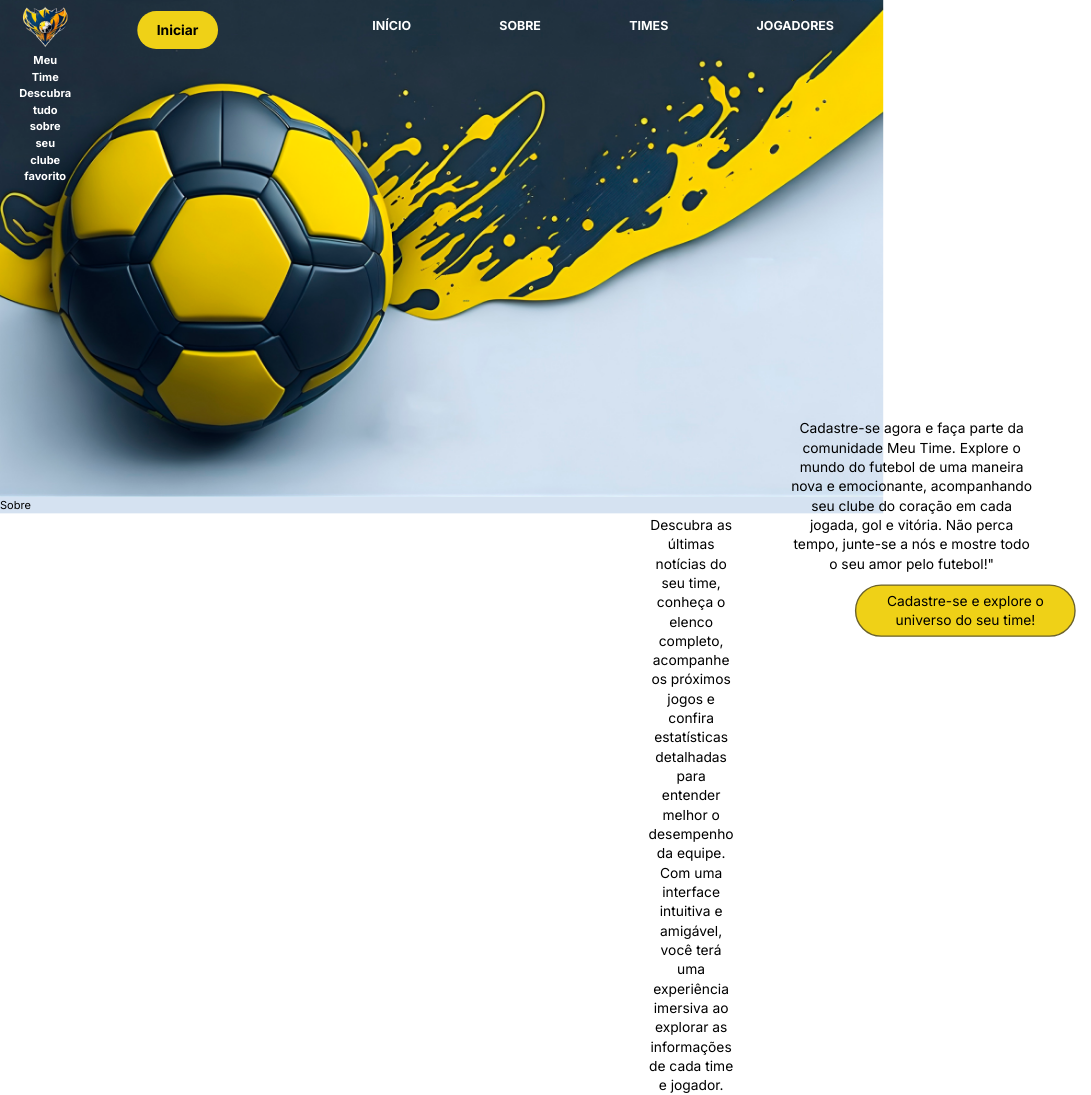
Repository: LuizAGDomingues/MeuTimeApp
Page: /
The author's editor kept a copy of each file at every save. The page is drawn from the files as they stood at one save, then again after the next save.
The browser window is 1280 px wide. The page is 1559 px wide, then 1581 px, so the pictures cover 1581 px, including what lies to the right of the window. The pictures show the whole page, at 69% of full size.
The project was rebuilt for these pictures with package versions that can differ from the ones it lists, and the page was loaded fresh each time. The framework's server and built-in components were replaced by stand-ins that run in the browser. Also part of the build but not shown: next.config.js.

Above is the page before, as saved 2023-05-22 14:05:11.

### src/app/layout.tsx
import './globals.css'
import { Inter } from 'next/font/google'

const inter = Inter({ subsets: ['latin'] })

export const metadata = {
  title: 'Trade test - Football API',
  description: 'Test para vaga front-end da Trade Technology',
}

export default function RootLayout({
  children,
}: {
  children: React.ReactNode
}) {
  return (
    <html lang="pt-br">
      <body className={inter.className}>{children}</body>
    </html>
  )
}

### src/app/page.tsx
import Header from "@/components/Header";
import LoginDialog from "@/components/LoginDialog";

export default function Home() {
  return (
    <>
      <main className="w-full h-screen">
        <Header />
        <div className="flex">
          <p className="text-xl text-center w-[410px] ml-[940px] mt-[480px]">Descubra as últimas notícias do seu time, conheça o elenco completo, acompanhe os próximos jogos e confira estatísticas detalhadas para entender melhor o desempenho da equipe. Com uma interface intuitiva e amigável, você terá uma experiência imersiva ao explorar as informações de cada time e jogador.</p>
          <div className="flex flex-col w-[356px] ml-20 mt-[340px]">
            <p className="text-xl text-center ">Cadastre-se agora e faça parte da comunidade Meu Time. Explore o mundo do futebol de uma maneira nova e emocionante, acompanhando seu clube do coração em cada jogada, gol e vitória. Não perca tempo, junte-se a nós e mostre todo o seu amor pelo futebol!"</p>
            <LoginDialog text="Cadastre-se e explore o universo do seu time!" className="font-normal w-80 text-base border-2 border-[#6B622B]"/>
          </div>
        </div>
      </main>
      <section id="sobre" className="bg-[#d5e2f1]">
        Sobre
      </section>
    </>
  )
}

### src/app/globals.css
@tailwind base;
@tailwind components;
@tailwind utilities;

main {
  background-image: url('../assets/background.png');
  background-size: cover;
  background-repeat: no-repeat;
}

### src/components/Header.tsx
import React from 'react'
import LoginDialog from './LoginDialog'
import logo from '../assets/logo.png'
import Image from 'next/image'
import NavigationElement from './NavigationElement'

function Header() {
  return (
    <div className='flex'>
      <div className='flex flex-col items-center ml-7'>
        <Image src={logo} alt='Logo exemplo'/>
        <span className='text-white font-bold text-center'>Meu Time<br/>Descubra tudo sobre seu clube favorito</span>
      </div>
      <LoginDialog text='Iniciar' className='h-[55px]' />
      <div className='flex justify-between gap-32 mt-6 h-7'>
        <NavigationElement href='/' text='Início' />
        <NavigationElement href='/#sobre' text='Sobre' />
        <NavigationElement href='/times' text='Times' />
        <NavigationElement href='/jogadores' text='Jogadores' />
        <NavigationElement href='/estatisticas' text='Estatísticas' />
      </div>

    </div>
  )
}

export default Header

### src/components/LoginDialog.tsx
import React from 'react'

interface LoginDialogProps {
  className?: string,
  text: string
}

function LoginDialog(props: LoginDialogProps) {
  return (
    <button className={`bg-[#EFD117] rounded-full mt-4 ml-24 mr-56 px-7 py-2 text-black font-bold text-xl ${props.className}`}>{props.text}</button>
  )
}

export default LoginDialog

### src/components/NavigationElement.tsx
import Link from 'next/link'
import React from 'react'

interface NavigationElementProps {
  href: string;
  text: string;
}

export default function NavigationElement(props: NavigationElementProps) {
  return (
    <Link href={props.href} className='font-bold text-lg text-white uppercase hover:text-[#EFD117] transition-all'>{props.text}</Link>
  )
}

Loaded but not shown: tailwind.config.js (common file)

After the next save:
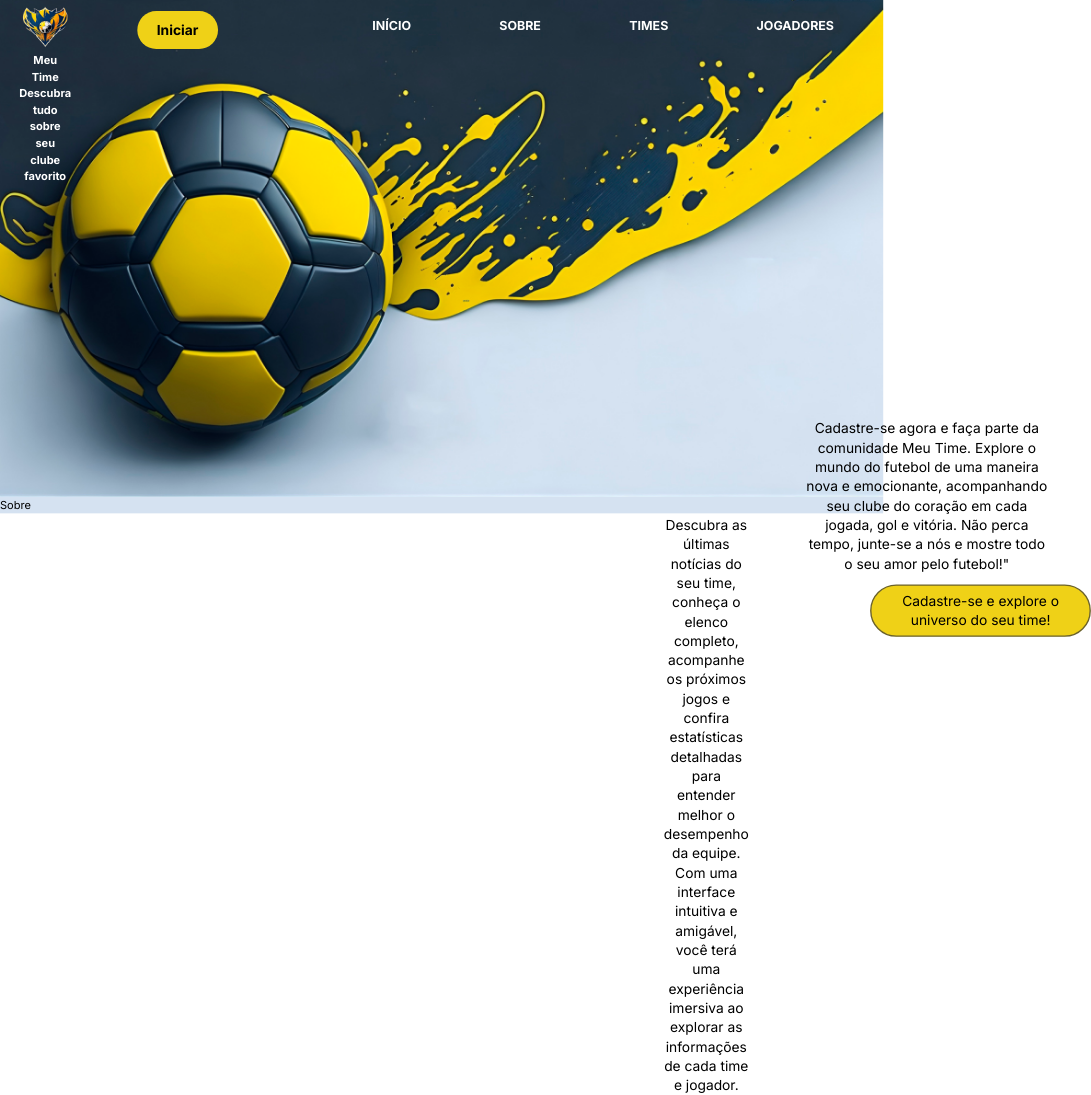
Saved 36 s later.
--- a/src/app/page.tsx
+++ b/src/app/page.tsx
@@ -7,7 +7,7 @@
       <main className="w-full h-screen">
         <Header />
         <div className="flex">
-          <p className="text-xl text-center w-[410px] ml-[940px] mt-[480px]">Descubra as últimas notícias do seu time, conheça o elenco completo, acompanhe os próximos jogos e confira estatísticas detalhadas para entender melhor o desempenho da equipe. Com uma interface intuitiva e amigável, você terá uma experiência imersiva ao explorar as informações de cada time e jogador.</p>
+          <p className="text-xl text-center w-[410px] ml-[962px] mt-[480px]">Descubra as últimas notícias do seu time, conheça o elenco completo, acompanhe os próximos jogos e confira estatísticas detalhadas para entender melhor o desempenho da equipe. Com uma interface intuitiva e amigável, você terá uma experiência imersiva ao explorar as informações de cada time e jogador.</p>
           <div className="flex flex-col w-[356px] ml-20 mt-[340px]">
             <p className="text-xl text-center ">Cadastre-se agora e faça parte da comunidade Meu Time. Explore o mundo do futebol de uma maneira nova e emocionante, acompanhando seu clube do coração em cada jogada, gol e vitória. Não perca tempo, junte-se a nós e mostre todo o seu amor pelo futebol!"</p>
             <LoginDialog text="Cadastre-se e explore o universo do seu time!" className="font-normal w-80 text-base border-2 border-[#6B622B]"/>
